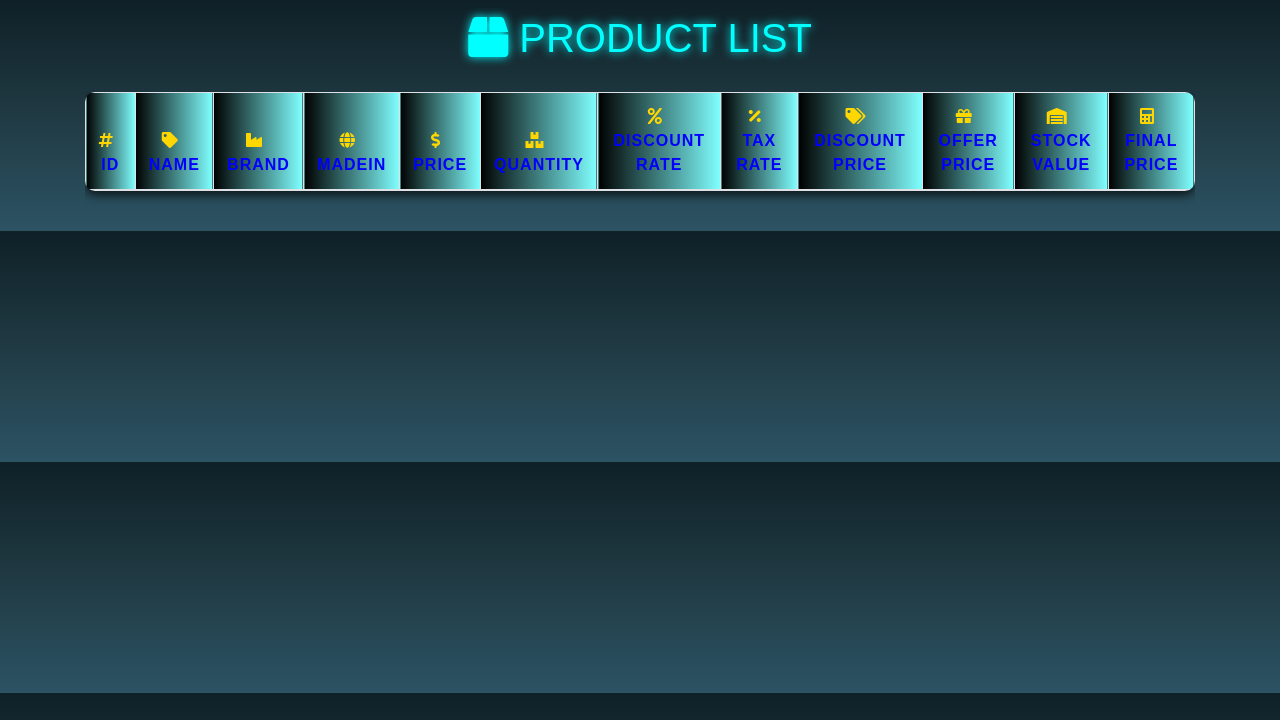
Repository: Ravi-kishor-09/Ravi-projects
Page: http://localhost/product-list
The author's editor kept a copy of each file at every save. The page is drawn from the files as they stood at one save, then again after the next save.
The browser window is 1280 px wide. The pictures show the whole page.
The page is this project's Thymeleaf template; nobody is signed in. The template is opened directly, without the code that normally fills it, so the values that code supplies are empty.

Above is the page before, as saved 2024-12-20 19:29:14.

### spring1/src/main/resources/templates/product-list.html
<!DOCTYPE html>
<html lang="en">
<head>
    <meta charset="UTF-8">
    <meta name="viewport" content="width=device-width, initial-scale=1.0">
    <title>Product List</title>
    <!-- Bootstrap CSS -->
    <link href="https://maxcdn.bootstrapcdn.com/bootstrap/4.5.2/css/bootstrap.min.css" rel="stylesheet">
    <!-- Font Awesome for Icons -->
    <link href="https://cdnjs.cloudflare.com/ajax/libs/font-awesome/5.15.4/css/all.min.css" rel="stylesheet">
    <style>
        /* General Styles */
        body {
            background: linear-gradient(to bottom, #0f2027, #203a43, #2c5364);
            color: white;
            font-family: 'Arial', sans-serif;
        }
        h1 {
            color: aqua;
            margin-bottom: 20px;
            text-shadow: 0 0 10px aqua;
            animation: text-jump 2s infinite;
        }
        @keyframes text-jump {
            0%, 100% { transform: translateY(0); }
            50% { transform: translateY(-10px); }
        }

        /* Table Styles */
        table {
            background-color: rgba(0, 0, 0, 0.8);
            border-radius: 10px;
            overflow: hidden;
            box-shadow: 0 4px 10px rgba(0, 0, 0, 0.7);
        }
        thead th {
            background: linear-gradient(90deg, rgb(0, 0, 0), rgb(128, 255, 255));
            color: rgb(0, 0, 255);
            font-weight:bolder;
            text-transform: uppercase;
            letter-spacing: 1px;
        }
        tbody td {
            color: #d4f3ef;
        }
        tbody tr {
            transition: background-color 0.3s, transform 0.3s;
        }
        tbody tr:hover {
            background: #333;
            transform: scale(1.02);
            cursor: pointer;
        }

        /* Column Icons */
        .icon {
            color: gold;
            margin-right: 8px;
        }

        /* Button and Interaction Styles */
        .btn {
            border: none;
            color: white;
            background: linear-gradient(90deg, #56ab2f, #a8e063);
            padding: 8px 15px;
            border-radius: 20px;
            transition: all 0.3s ease-in-out;
        }
        .btn:hover {
            background: linear-gradient(90deg, #a8e063, #56ab2f);
            box-shadow: 0 0 10px #a8e063;
        }

        /* Row Glow Effect */
        tbody tr:hover td {
            text-shadow: 0 0 8px #39ff14;
        }

        /* Responsive Styles */
        @media (max-width: 768px) {
            h1 {
                font-size: 1.5rem;
            }
            table {
                font-size: 0.9rem;
            }
        }
    </style>
</head>
<body>
    <div class="container text-center py-4">
        <h1><i class="fas fa-box"></i> PRODUCT LIST</h1>
        <div class="table-responsive">
            <table class="table table-bordered table-hover">
                <thead>
                    <tr>
                        <th><i class="fas fa-hashtag icon"></i>Id</th>
                        <th><i class="fas fa-tag icon"></i>Name</th>
                        <th><i class="fas fa-industry icon"></i>Brand</th>
                        <th><i class="fas fa-globe icon"></i>MadeIn</th>
                        <th><i class="fas fa-dollar-sign icon"></i>Price</th>
                        <th><i class="fas fa-boxes icon"></i>Quantity</th>
                        <th><i class="fas fa-percent icon"></i>Discount Rate</th>
                        <th><i class="fas fa-percentage icon"></i>Tax Rate</th>
                        <th><i class="fas fa-tags icon"></i>Discount Price</th>
                        <th><i class="fas fa-gift icon"></i>Offer Price</th>
                        <th><i class="fas fa-warehouse icon"></i>Stock Value</th>
                        <th><i class="fas fa-calculator icon"></i>Final Price</th>
                    </tr>
                </thead>
                <tbody>
                    <tr th:each="product : ${products}">
                        <td th:text="${product.Id}"></td>
                        <td th:text="${product.Name}"></td>
                        <td th:text="${product.Brand}"></td>
                        <td th:text="${product.MadeIn}"></td>
                        <td th:text="${product.price}"></td>
                        <td th:text="${product.Quantity}"></td>
                        <td th:text="${product.discountRate}"></td>
                        <td th:text="${product.taxRate}"></td>
                        <td th:text="${product.discountprice}"></td>
                        <td th:text="${product.offerprice}"></td>
                        <td th:text="${product.stockvalue}"></td>
                        <td th:text="${product.finalprice}"></td>
                    </tr>

                </tbody>
            </table>
        </div>
    </div>
</body>
</html>

After the next save:
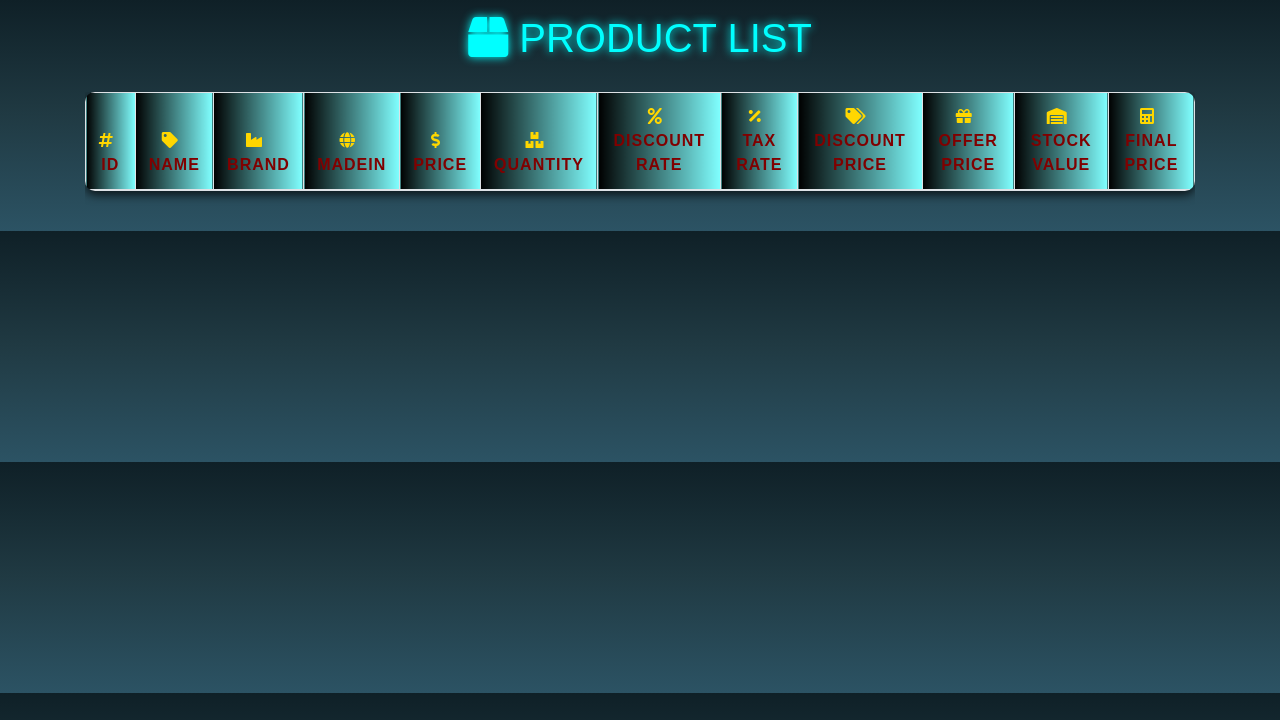
Saved 36 s later.
--- a/spring1/src/main/resources/templates/product-list.html
+++ b/spring1/src/main/resources/templates/product-list.html
@@ -35,7 +35,7 @@
         }
         thead th {
             background: linear-gradient(90deg, rgb(0, 0, 0), rgb(128, 255, 255));
-            color: rgb(0, 0, 255);
+            color: rgb(128, 0, 0);
             font-weight:bolder;
             text-transform: uppercase;
             letter-spacing: 1px;
